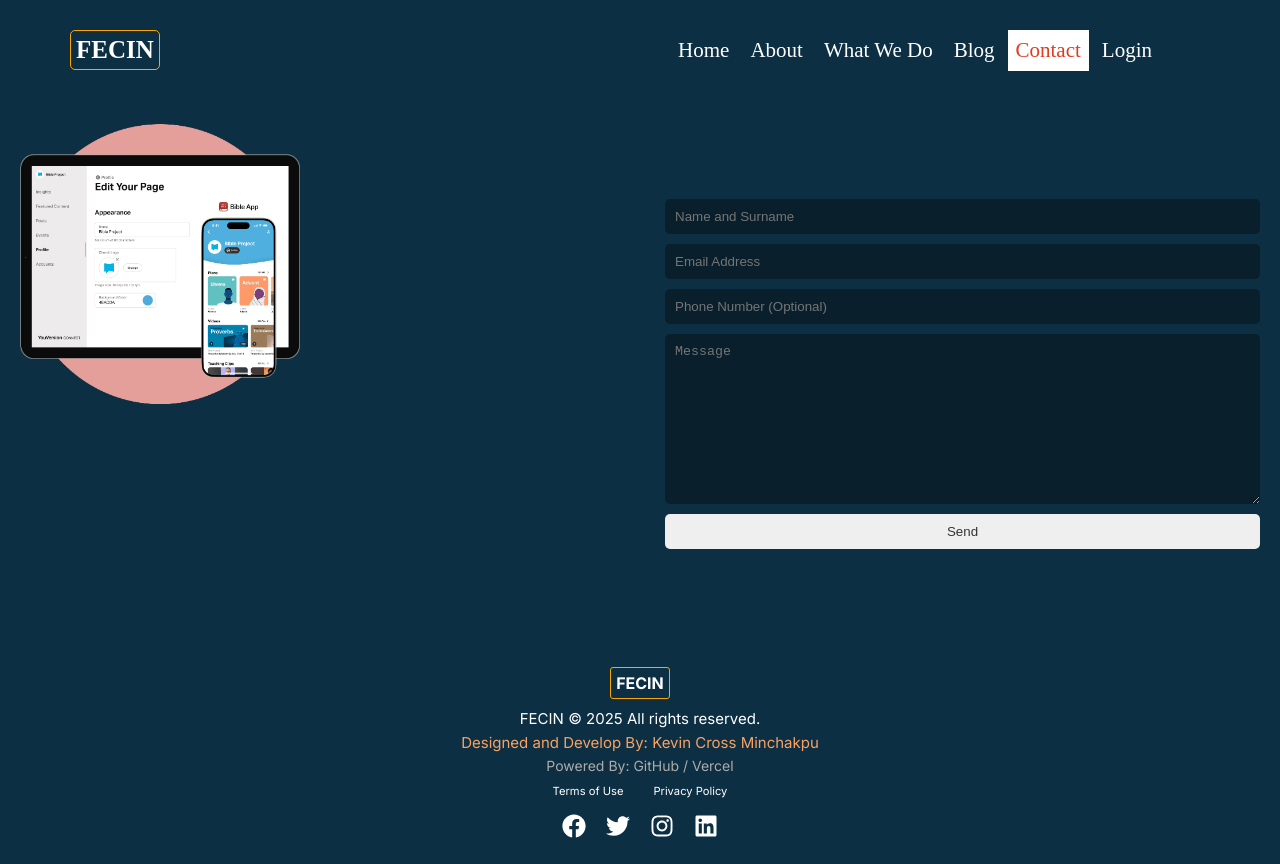
Repository: KCMinchakpu/fecin-projectgs497
Page: /contact
The author's editor kept a copy of each file at every save. The page is drawn from the files as they stood at one save, then again after the next save.
The browser window is 1280 px wide. The pictures show the whole page.
The page's requests for data from a server got no answer. The project was rebuilt for these pictures with package versions that can differ from the ones it lists, and the page was loaded fresh each time. The framework's server and built-in components were replaced by stand-ins that run in the browser. No one was signed in, and anything a server would have sent is missing. Also part of the build but not shown: next.config.mjs.

Above is the page before, as saved 2025-04-12 12:36:43.

After the next save:
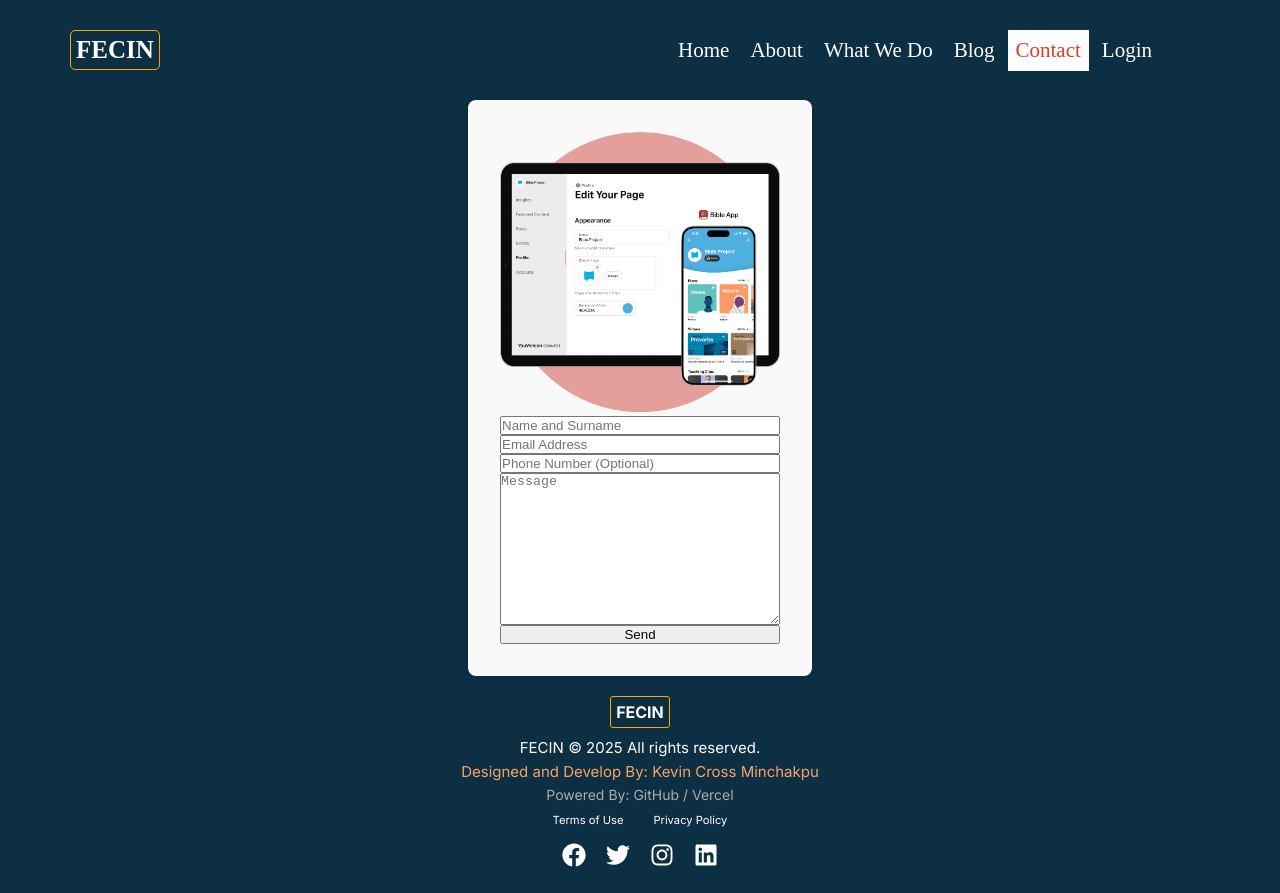
Saved 3 min 38 s later.
--- a/src/app/contact/contact.module.css
+++ b/src/app/contact/contact.module.css
@@ -1,53 +1,96 @@
 .container {
-    display: flex;
-    align-items: center;
-    gap: 50px;
-  }
+  max-width: 800px;
+  margin: 0 auto;
+  padding: 2rem;
+  background-color: #f9f9f9;
+  border-radius: 8px;
+  box-shadow: 0 4px 8px rgba(0, 0, 0, 0.1);
+}
 
-  .imgContainer {
-    flex: 1;
-    height: 500px;
-    position: relative;
-  }
+.heading {
+  text-align: center;
+  font-size: 2.5rem;
+  color: #2c3e50;
+  margin-bottom: 1.5rem;
+}
 
-  .img {
-    object-fit: contain;
-  }
+.description {
+  text-align: center;
+  font-size: 1.1rem;
+  color: #7f8c8d;
+  margin-bottom: 2rem;
+}
 
-  .formContainer {
-    flex: 1;
-  }
+.contactDetails {
+  margin-bottom: 2rem;
+}
 
-  .form {
-    display: flex;
-    flex-direction: column;
-    gap: 10px;
-  }
+.contactDetails h2 {
+  font-size: 1.8rem;
+  color: #34495e;
+  margin-bottom: 1rem;
+}
 
-  .form input,
-  .form textarea {
-    padding: 10px;
-    border-radius: 5px;
-    border: none;
-    outline: none;
-    background-color: var(--bgSoft);
-    color: var(--text);
-  }
+.contactDetails p {
+  font-size: 1.1rem;
+  color: #7f8c8d;
+}
 
-  .form button {
-    padding: 10px;
-    color: #333;
-    border: none;
-    border-radius: 5px;
-    cursor: pointer;
-  }
+.contactDetails a {
+  color: #2980b9;
+  text-decoration: none;
+}
 
-  .form button:hover {
-    background-color: #046a81;
-  }
+.contactDetails a:hover {
+  text-decoration: underline;
+}
 
-  @media (min-width: 480px) {
-    .Container {
-      flex-direction: column;
-    }
-  }
+.form {
+  display: flex;
+  flex-direction: column;
+}
+
+.formGroup {
+  margin-bottom: 1.5rem;
+}
+
+.formGroup label {
+  font-size: 1.1rem;
+  color: #34495e;
+  margin-bottom: 0.5rem;
+}
+
+.formGroup input,
+.formGroup textarea {
+  width: 100%;
+  padding: 0.75rem;
+  font-size: 1rem;
+  color: #2c3e50;
+  border: 1px solid #ccc;
+  border-radius: 4px;
+  outline: none;
+}
+
+.formGroup textarea {
+  resize: vertical;
+}
+
+.formGroup input:focus,
+.formGroup textarea:focus {
+  border-color: #2980b9;
+}
+
+.submitButton {
+  padding: 0.75rem 2rem;
+  background-color: #2980b9;
+  color: white;
+  font-size: 1.2rem;
+  border: none;
+  border-radius: 4px;
+  cursor: pointer;
+  transition: background-color 0.3s ease;
+}
+
+.submitButton:hover {
+  background-color: #3498db;
+}

After the save that followed:
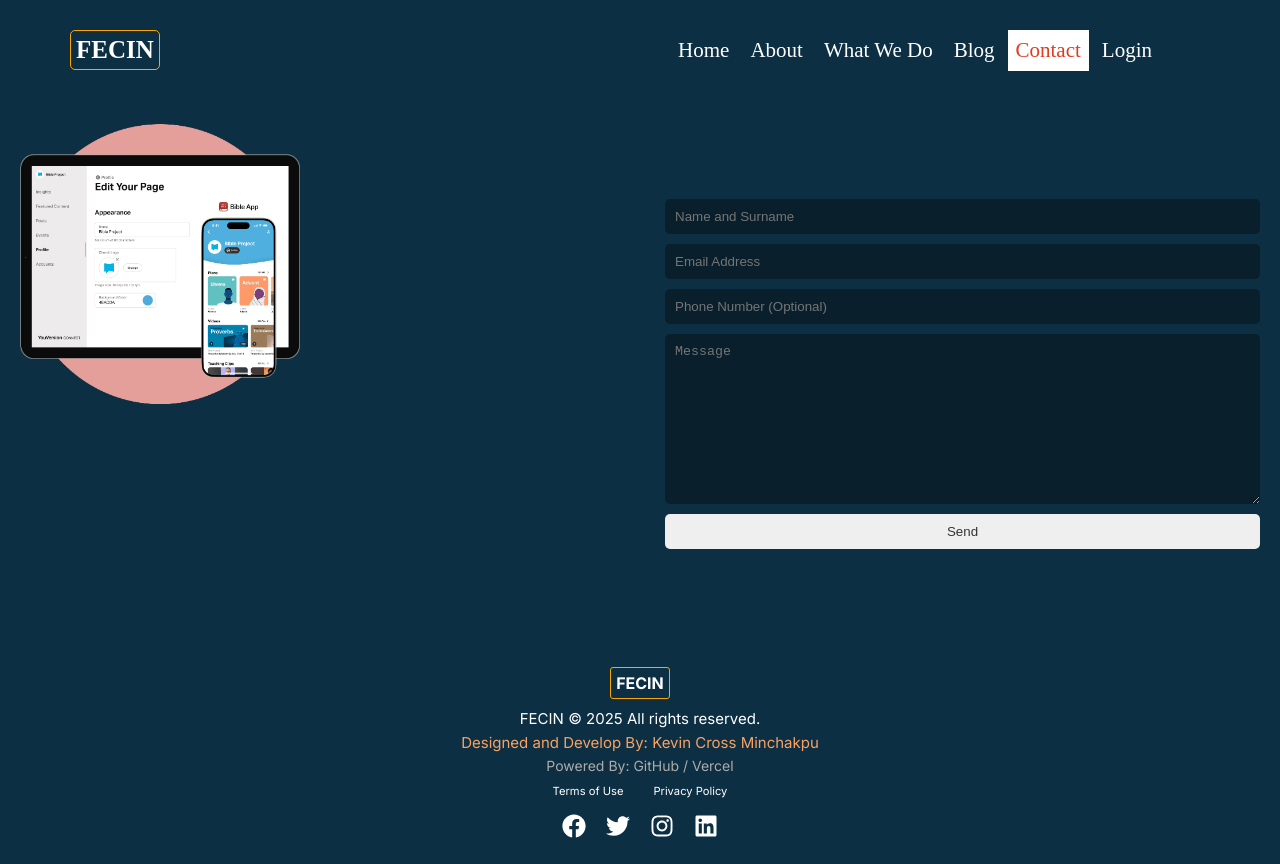
Saved 75 s later.
--- a/src/app/contact/contact.module.css
+++ b/src/app/contact/contact.module.css
@@ -1,96 +1,53 @@
 .container {
-  max-width: 800px;
-  margin: 0 auto;
-  padding: 2rem;
-  background-color: #f9f9f9;
-  border-radius: 8px;
-  box-shadow: 0 4px 8px rgba(0, 0, 0, 0.1);
-}
+    display: flex;
+    align-items: center;
+    gap: 50px;
+  }
 
-.heading {
-  text-align: center;
-  font-size: 2.5rem;
-  color: #2c3e50;
-  margin-bottom: 1.5rem;
-}
+  .imgContainer {
+    flex: 1;
+    height: 500px;
+    position: relative;
+  }
 
-.description {
-  text-align: center;
-  font-size: 1.1rem;
-  color: #7f8c8d;
-  margin-bottom: 2rem;
-}
+  .img {
+    object-fit: contain;
+  }
 
-.contactDetails {
-  margin-bottom: 2rem;
-}
+  .formContainer {
+    flex: 1;
+  }
 
-.contactDetails h2 {
-  font-size: 1.8rem;
-  color: #34495e;
-  margin-bottom: 1rem;
-}
+  .form {
+    display: flex;
+    flex-direction: column;
+    gap: 10px;
+  }
 
-.contactDetails p {
-  font-size: 1.1rem;
-  color: #7f8c8d;
-}
+  .form input,
+  .form textarea {
+    padding: 10px;
+    border-radius: 5px;
+    border: none;
+    outline: none;
+    background-color: var(--bgSoft);
+    color: var(--text);
+  }
 
-.contactDetails a {
-  color: #2980b9;
-  text-decoration: none;
-}
+  .form button {
+    padding: 10px;
+    color: #333;
+    border: none;
+    border-radius: 5px;
+    cursor: pointer;
+  }
 
-.contactDetails a:hover {
-  text-decoration: underline;
-}
+  .form button:hover {
+    background-color: #046a81;
+  }
 
-.form {
-  display: flex;
-  flex-direction: column;
-}
-
-.formGroup {
-  margin-bottom: 1.5rem;
-}
-
-.formGroup label {
-  font-size: 1.1rem;
-  color: #34495e;
-  margin-bottom: 0.5rem;
-}
-
-.formGroup input,
-.formGroup textarea {
-  width: 100%;
-  padding: 0.75rem;
-  font-size: 1rem;
-  color: #2c3e50;
-  border: 1px solid #ccc;
-  border-radius: 4px;
-  outline: none;
-}
-
-.formGroup textarea {
-  resize: vertical;
-}
-
-.formGroup input:focus,
-.formGroup textarea:focus {
-  border-color: #2980b9;
-}
-
-.submitButton {
-  padding: 0.75rem 2rem;
-  background-color: #2980b9;
-  color: white;
-  font-size: 1.2rem;
-  border: none;
-  border-radius: 4px;
-  cursor: pointer;
-  transition: background-color 0.3s ease;
-}
-
-.submitButton:hover {
-  background-color: #3498db;
-}
+  @media (min-width: 480px) {
+    .Container {
+      flex-direction: column;
+    }
+  }
